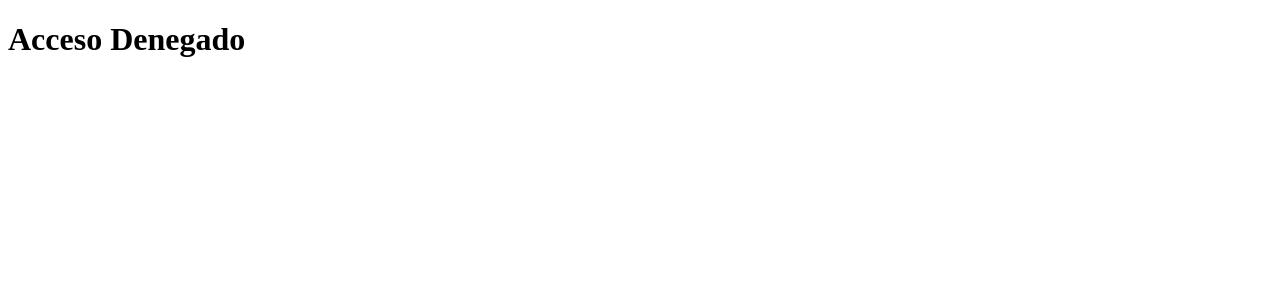
Repository: tive02/restserver
Page: public/index.html
These files come from the project's save history. The page is drawn as it stood at one moment and after the next save; the edit follows.
The browser window is 1280 px wide. The pictures show the whole page.

Above is the page before, as saved 2021-09-13 15:29:15.

After the next save:
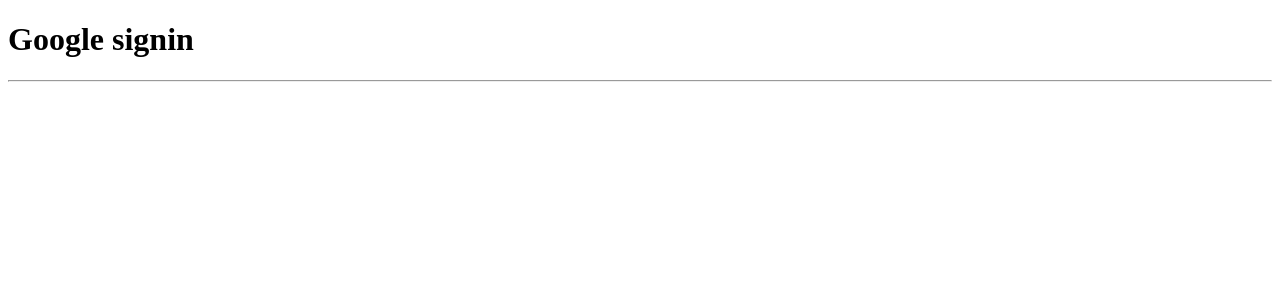
Saved 3 h 4 min later.
--- a/public/index.html
+++ b/public/index.html
@@ -3,9 +3,10 @@
   <head>
     <meta charset="UTF-8" />
     <meta name="viewport" content="width=device-width, initial-scale=1.0" />
-    <title>Acceso restringido</title>
+    <title>Google signin</title>
   </head>
   <body>
-    <h1>Acceso Denegado</h1>
+    <h1>Google signin</h1>
+    <hr />
   </body>
 </html>
